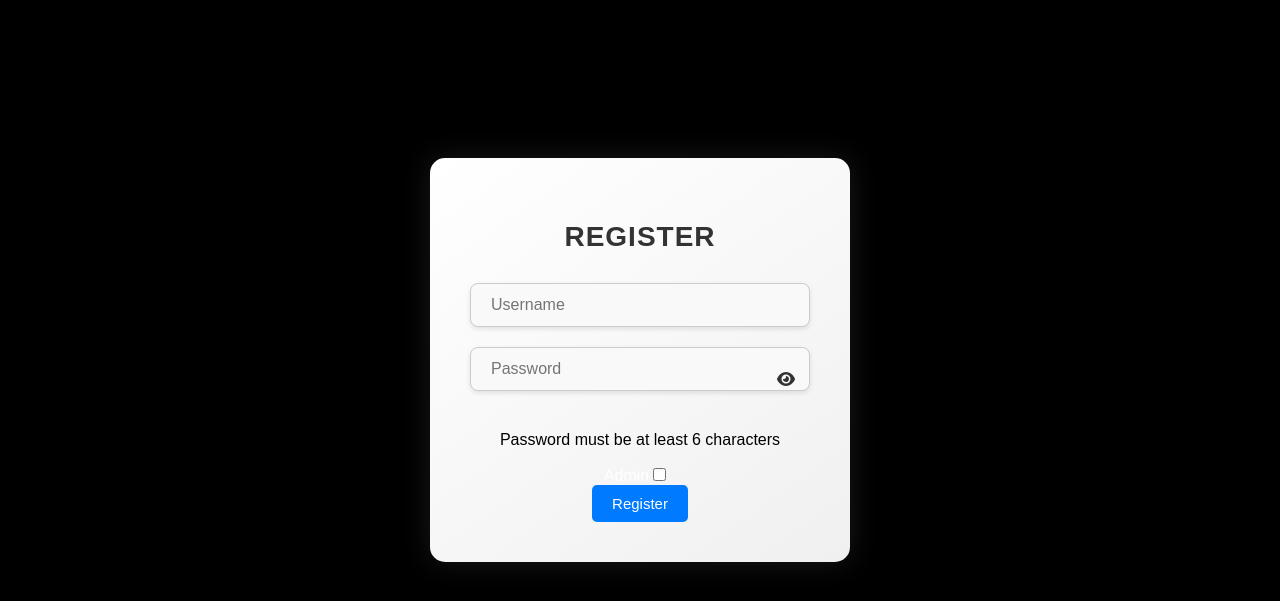
Repository: mdmisri/needy-talk
Page: /register (app in frontend/talk-d1/)
These files come from the project's save history. The page is drawn as it stood at one moment and after the next save; the edit follows.
The browser window is 1280 px wide. The pictures show the whole page.
The page's requests for data from a server got no answer. The project was rebuilt for these pictures with package versions that can differ from the ones it lists, and the page was loaded fresh each time. No one was signed in, and anything a server would have sent is missing. Also part of the build but not shown: frontend/talk-d1/src/components/Login/Login.js, frontend/talk-d1/src/conversationUtils.js, frontend/talk-d1/src/hooks/useConversation.js, frontend/talk-d1/src/components/Chat/styles/Message.css, frontend/talk-d1/src/components/Chat/Message.js, frontend/talk-d1/src/components/Chat/ChatBox.js, frontend/talk-d1/src/components/Chat/AdminChatBox.js, frontend/talk-d1/src/components/Chat/AdminSelection.js and 1 more.

Above is the page before, as saved 2024-07-31 01:24:32.

After the next save:
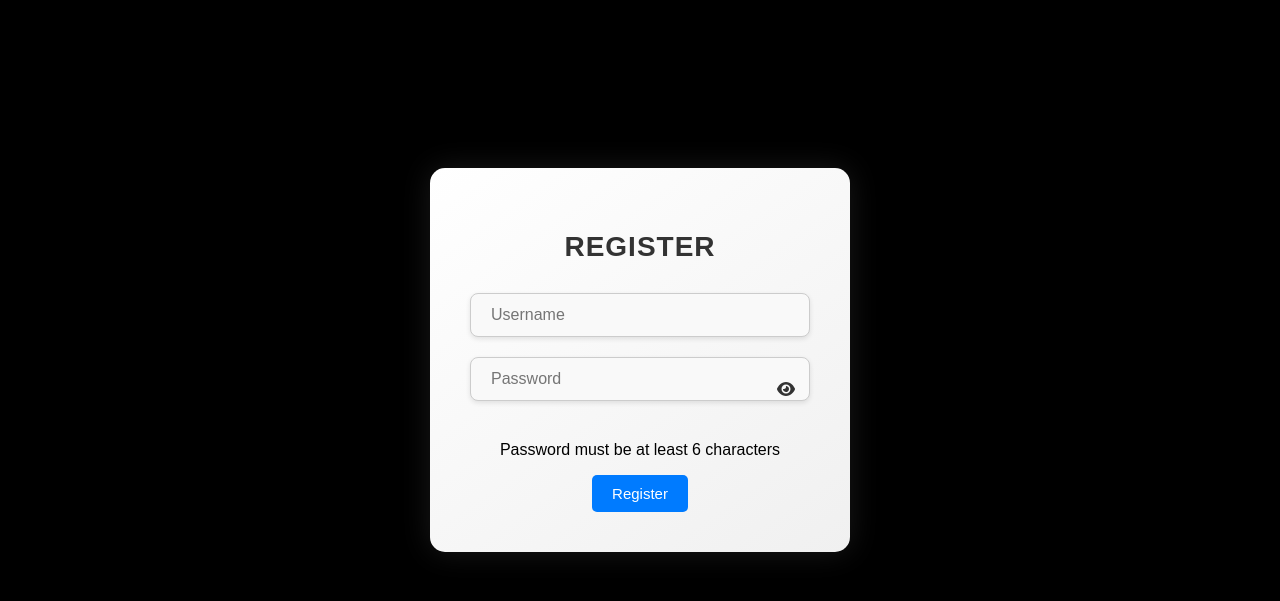
Saved 9 s later.
--- a/frontend/talk-d1/src/components/Register/Register.js
+++ b/frontend/talk-d1/src/components/Register/Register.js
@@ -59,14 +59,14 @@ const Register = () => {
                     />
                 </div>
                 <p className="password-requirement">Password must be at least 6 characters</p>
-                <div className="checkbox-container">
+                {/* <div className="checkbox-container">
                     <label className="admin-text">Admin</label>
                     <input
                         type="checkbox"
                         checked={isAdmin}
                         onChange={() => setIsAdmin(!isAdmin)}
                     />
-                </div>
+                </div> */}
                 <button type="submit">Register</button>
             </form>
         </div>
